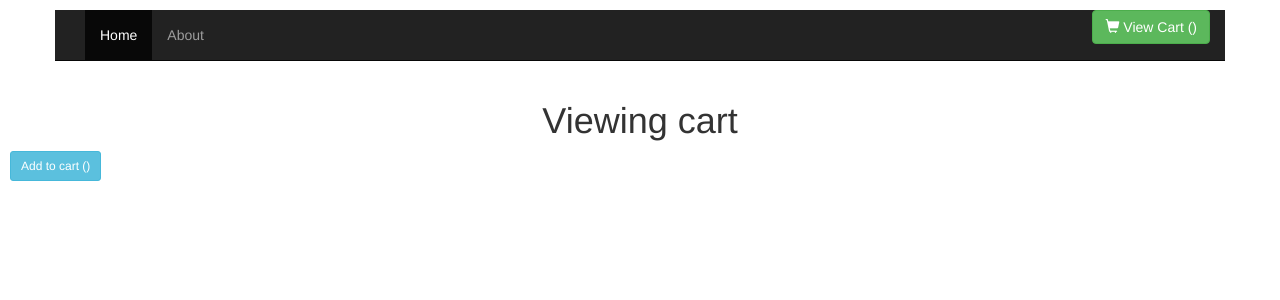
Repository: iancwwong/DigitalBibliographicalLibrary
Page: http://localhost/DigitalBibliographicLibrary/cartpage.jsp
These files come from the project's save history. The page is drawn as it stood at one moment and after the next save; the edit follows.
The browser window is 1280 px wide. The pictures show the whole page.
The page is served by Tomcat 9.

Above is the page before, as saved 2016-08-27 15:40:05.

After the next save:
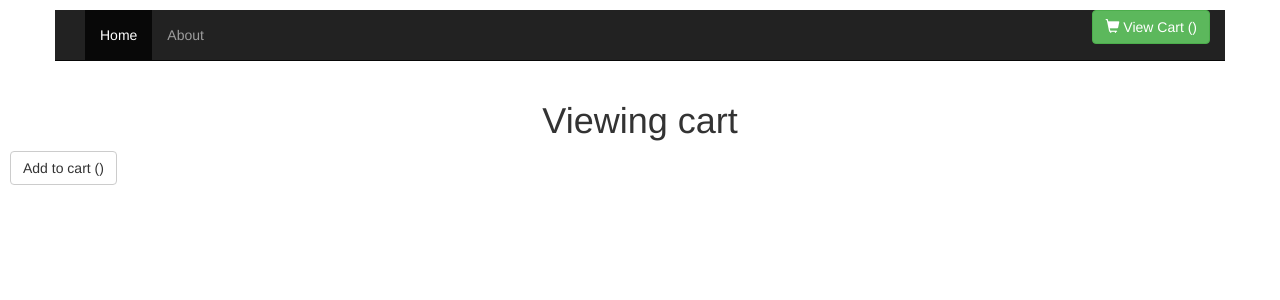
Saved 14 s later.
--- a/DigitalBibliographicLibrary/WebContent/cartpage.jsp
+++ b/DigitalBibliographicLibrary/WebContent/cartpage.jsp
@@ -32,7 +32,7 @@
 
 	<form action='control' method='POST'>
 		<input type='hidden' name="action" value="viewIndexPage"/>
-		<button type="submit" class="btn btn-info btn-sm">
+		<button type="submit" class="btn btn-default">
 			Add to cart (${publicationPageBean.publication.price})
 		</button>
 	</form>
